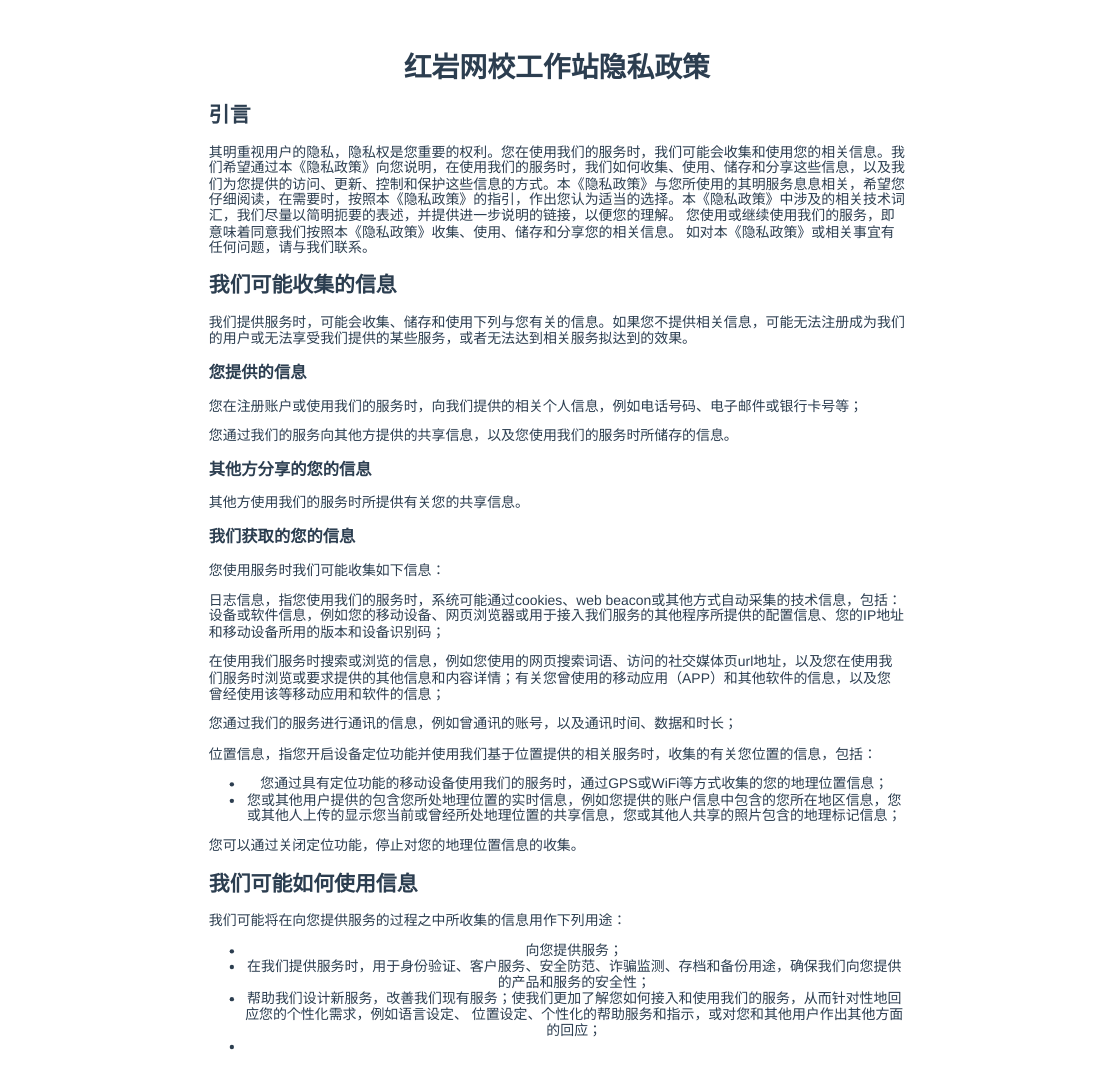
Repository: zl-mdc/privacy-policy
Page: /
These files come from the project's save history. The page is drawn as it stood at one moment and after the next save; the edit follows.
The browser window is 1280 px wide. The pictures show the whole page, at 87% of full size.
The project was rebuilt for these pictures with package versions that can differ from the ones it lists, and the page was loaded fresh each time.

Above is the page before, as saved 2020-09-17 15:41:19.

### src/main.js
import Vue from 'vue'
import App from './App.vue'
import 'normalize.css'

Vue.config.productionTip = false

new Vue({
  render: h => h(App),
}).$mount('#app')

### src/App.vue
<template>
  <div id="app">
    <Info />
  </div>
</template>

<script>
import Info from './components/Info';

export default {
  name: 'App',
  components: {
    Info
  }
}
</script>

<style>
#app {
  font-family: Avenir, Helvetica, Arial, sans-serif;
  -webkit-font-smoothing: antialiased;
  -moz-osx-font-smoothing: grayscale;
  text-align: center;
  color: #2c3e50;
  margin-top: 60px;
}
</style>

### src/components/Info.vue
<!--
 * @Author: Code_Master
 * @Date: 2020-09-17 15:00:51
 * @LastEditTime: 2020-09-17 15:41:18
 * @LastEditors: Code_Master
 * @FilePath: /privacy-policy/src/components/Info.vue
 * @Description: The first 90% of the code accounts for the first 90% of the development time. The remaining 10% of the code accounts for the other 90% of the development time.
-->
<template>
    <div id="info">
          <h1>红岩网校工作站隐私政策</h1>

          <h2>引言</h2>
          <p><span></span>其明重视用户的隐私，隐私权是您重要的权利。您在使用我们的服务时，我们可能会收集和使用您的相关信息。我们希望通过本《隐私政策》向您说明，在使用我们的服务时，我们如何收集、使用、储存和分享这些信息，以及我们为您提供的访问、更新、控制和保护这些信息的方式。本《隐私政策》与您所使用的其明服务息息相关，希望您仔细阅读，在需要时，按照本《隐私政策》的指引，作出您认为适当的选择。本《隐私政策》中涉及的相关技术词汇，我们尽量以简明扼要的表述，并提供进一步说明的链接，以便您的理解。 您使用或继续使用我们的服务，即意味着同意我们按照本《隐私政策》收集、使用、储存和分享您的相关信息。 如对本《隐私政策》或相关事宜有任何问题，请与我们联系。 </p>

          <h2>我们可能收集的信息</h2>
          <p>我们提供服务时，可能会收集、储存和使用下列与您有关的信息。如果您不提供相关信息，可能无法注册成为我们的用户或无法享受我们提供的某些服务，或者无法达到相关服务拟达到的效果。</p>
          <h3>您提供的信息</h3>
          <p>您在注册账户或使用我们的服务时，向我们提供的相关个人信息，例如电话号码、电子邮件或银行卡号等；</p>
          <p>您通过我们的服务向其他方提供的共享信息，以及您使用我们的服务时所储存的信息。</p>
          <h3>其他方分享的您的信息</h3>
          <p>其他方使用我们的服务时所提供有关您的共享信息。</p>
          <h3>我们获取的您的信息</h3>
          <p>您使用服务时我们可能收集如下信息：</p>
          <p>日志信息，指您使用我们的服务时，系统可能通过cookies、web beacon或其他方式自动采集的技术信息，包括：设备或软件信息，例如您的移动设备、网页浏览器或用于接入我们服务的其他程序所提供的配置信息、您的IP地址和移动设备所用的版本和设备识别码；</p>
          <p>在使用我们服务时搜索或浏览的信息，例如您使用的网页搜索词语、访问的社交媒体页url地址，以及您在使用我们服务时浏览或要求提供的其他信息和内容详情；有关您曾使用的移动应用（APP）和其他软件的信息，以及您曾经使用该等移动应用和软件的信息；</p>
          <p>您通过我们的服务进行通讯的信息，例如曾通讯的账号，以及通讯时间、数据和时长；</p>
          <p>位置信息，指您开启设备定位功能并使用我们基于位置提供的相关服务时，收集的有关您位置的信息，包括：</p>
          <ul>
              <li>您通过具有定位功能的移动设备使用我们的服务时，通过GPS或WiFi等方式收集的您的地理位置信息；</li>
              <li>您或其他用户提供的包含您所处地理位置的实时信息，例如您提供的账户信息中包含的您所在地区信息，您或其他人上传的显示您当前或曾经所处地理位置的共享信息，您或其他人共享的照片包含的地理标记信息；</li>
          </ul>
          <p>您可以通过关闭定位功能，停止对您的地理位置信息的收集。</p>

          <h2>我们可能如何使用信息</h2>
          <p>我们可能将在向您提供服务的过程之中所收集的信息用作下列用途：</p>
          <ul>
              <li>向您提供服务； </li>
              <li>在我们提供服务时，用于身份验证、客户服务、安全防范、诈骗监测、存档和备份用途，确保我们向您提供的产品和服务的安全性； </li>
              <li>帮助我们设计新服务，改善我们现有服务；使我们更加了解您如何接入和使用我们的服务，从而针对性地回应您的个性化需求，例如语言设定、 位置设定、个性化的帮助服务和指示，或对您和其他用户作出其他方面的回应；</li>
              <li></li>
          </ul>
    </div>
</template>

<script>
export default {
    name: "Info",
}
</script>

<style>
    #info {
        width: 800px;
        margin: 0 auto;
    }
    h2 {
        text-align: left;
    }
    p {
        text-align: left;
    }
    h3 {
        text-align: left;
    }
</style>

Loaded but not shown: public/index.html (common file)

After the next save:
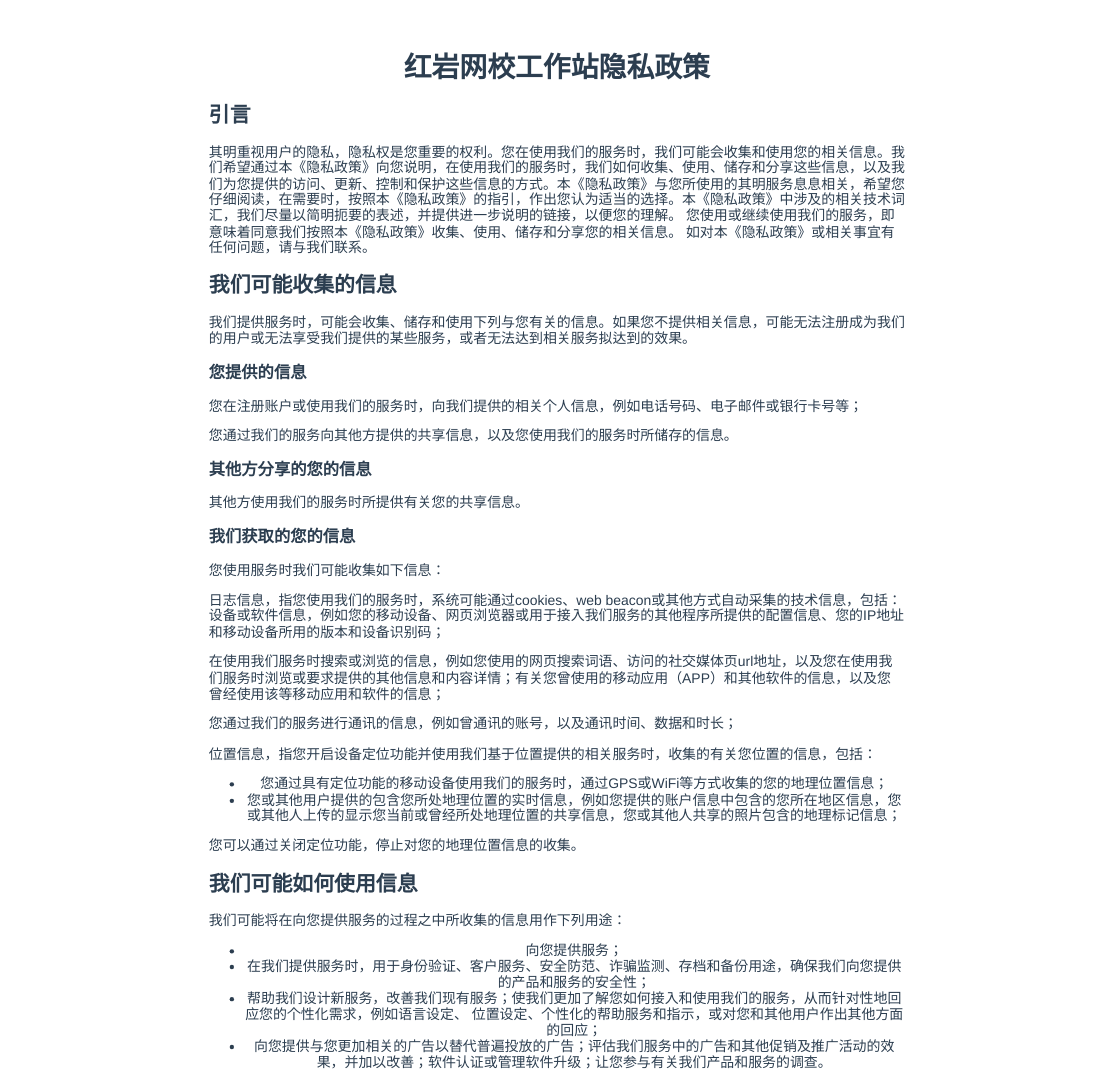
Saved 9 s later.
--- a/src/components/Info.vue
+++ b/src/components/Info.vue
@@ -1,7 +1,7 @@
 <!--
  * @Author: Code_Master
  * @Date: 2020-09-17 15:00:51
- * @LastEditTime: 2020-09-17 15:41:18
+ * @LastEditTime: 2020-09-17 15:41:28
  * @LastEditors: Code_Master
  * @FilePath: /privacy-policy/src/components/Info.vue
  * @Description: The first 90% of the code accounts for the first 90% of the development time. The remaining 10% of the code accounts for the other 90% of the development time.
@@ -38,7 +38,7 @@
               <li>向您提供服务； </li>
               <li>在我们提供服务时，用于身份验证、客户服务、安全防范、诈骗监测、存档和备份用途，确保我们向您提供的产品和服务的安全性； </li>
               <li>帮助我们设计新服务，改善我们现有服务；使我们更加了解您如何接入和使用我们的服务，从而针对性地回应您的个性化需求，例如语言设定、 位置设定、个性化的帮助服务和指示，或对您和其他用户作出其他方面的回应；</li>
-              <li></li>
+              <li>向您提供与您更加相关的广告以替代普遍投放的广告；评估我们服务中的广告和其他促销及推广活动的效果，并加以改善；软件认证或管理软件升级；让您参与有关我们产品和服务的调查。</li>
           </ul>
     </div>
 </template>
